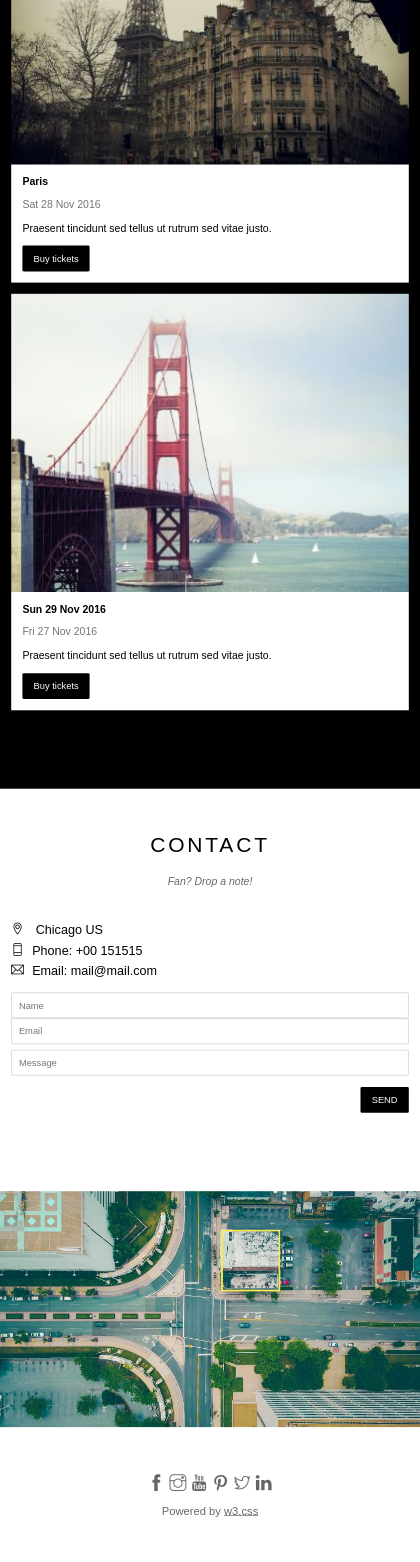
Repository: Phunobita/The-band-w3school
Page: index.html
The author's editor kept a copy of each file at every save. The page is drawn from the files as they stood at one save, then again after the next save.
The browser window is 600 px wide. The pictures show the part of the page from y = 3204 to 5444 px (the page is 5436 px tall before and 5444 px after), at 70% of full size.

Above is the page before, as saved 2021-12-04 20:30:16.

### index.html
<!DOCTYPE html>
<html lang="en">

<head>
    <meta charset="UTF-8">
    <meta http-equiv="X-UA-Compatible" content="IE=edge">
    <meta name="viewport" content="width=device-width, initial-scale=1.0">
    <title>The band</title>
    <link rel="stylesheet" href="./assets/fonts/themify-icons-font/themify-icons/themify-icons.css">
    <link rel="stylesheet" href="./assets/css/style.css">
    <link rel="stylesheet" href="./assets/css/responsive.css">
    <link rel="icon" href="/assets/img/hinh-anh-mua-thu-dep-nhat.jpg" type="image/x-icon" />
</head>

<body>
    <div id="main">
        <div id="header">
            <!--Begin nav-->
            <ul id="nav">
                <li><a href="#">Home</a></li>
                <li><a href="#band">Band</a></li>
                <li><a href="#tour">Tour</a></li>
                <li><a href="#contact">Contact</a></li>
                <li>
                    <a href="#">
                        More
                        <i class="nav-arrow-down ti-angle-down"></i>
                    </a>
                    <ul class="subnav">
                        <li><a href="#">Merchandise</a></li>
                        <li><a href="#">Extras</a></li>
                        <li><a href="#">Media</a></li>
                    </ul>
                </li>
            </ul>
            <!--End nav-->
            <div class="search-btn">
                <i class="search-icon ti-search"></i>
            </div>

            <div id="mobile-menu" class="mobile-menu-btn">
                <i class="menu-icon ti-menu-alt"></i>
            </div>
        </div>

        <div id="slider">
            <div class="text-content">
                <h2 class="heading">New York</h2>
                <div class="content">The atmosphere in New York is lorem ipsum</div>
            </div>
        </div>
        <!--About section-->
        <div id="content">
            <div id="band" class="content-section">
                <h2 class="section-heading">THE BAND</h2>
                <p class="section-sub-heading">We love music</p>
                <p class="about-text">We have created a fictional band website. Lorem ipsum dolor sit amet, consectetur
                    adipiscing elit, sed do eiusmod tempor incididunt ut labore et dolore magna aliqua. Ut enim ad minim
                    veniam, quis nostrud exercitation ullamco laboris nisi ut aliquip ex ea commodo consequat. Duis aute
                    irure dolor in reprehenderit in voluptate velit esse cillum dolore eu fugiat nulla pariatur.
                    Excepteur sint occaecat cupidatat non proident, sunt in culpa qui officia deserunt mollit anim id
                    est laborum consectetur adipiscing elit, sed do eiusmod tempor incididunt ut labore et dolore magna
                    aliqua. Ut enim ad minim veniam, quis nostrud exercitation ullamco laboris nisi ut aliquip ex ea
                    commodo consequat.</p>
                <div class=" row member-list">
                    <div class="col col-third s-full-width mt-32 text-center">
                        <p class="member-name">Name</p>
                        <img src="./assets/img/tv.jpg" alt="Name" class="member-img">
                    </div>
                    <div class="col col-third s-full-width mt-32 text-center">
                        <p class="member-name">Name</p>
                        <img src="./assets/img/tv.jpg" alt="Name" class="member-img">
                    </div>
                    <div class="col col-third s-full-width mt-32 text-center">
                        <p class="member-name">Name</p>
                        <img src="./assets/img/tv.jpg" alt="Name" class="member-img">
                    </div>
                </div>
            </div>

            <!--Tour section-->
            <div id="tour" class="tour__section">
                <div class="content-section">
                    <h2 class="section-heading text-white">TOUR DATES</h2>
                    <p class="section-sub-heading text-white">Remember to book your tickets!</p>

                    <ul class="ticket__list">
                        <li class="ticket__list-item">
                            September
                            <span class="sold-out">Sold out</span>
                        </li>
                        <li class="ticket__list-item">
                            October
                            <span class="sold-out">Sold out</span>
                        </li>
                        <li class="ticket__list-item">
                            November
                            <span class="quantity">3</span>
                        </li>
                    </ul>
                    <div class="row place__list">
                        <div class="mt-16 col col-third s-full-width">
                            <img src="./assets/img/newyork.jpg" alt="New York" class="place__img">
                            <div class="place-body">
                                <h3 class="place-heading">New York</h3>
                                <p class="place-time">Fri 27 Nov 2016</p>
                                <p class="place-description">Praesent tincidunt sed tellus ut rutrum sed vitae justo.
                                </p>
                                <button href="#" class="btn js-buy-ticket">Buy tickets</button>
                            </div>
                        </div>
                        <div class="mt-16 col col-third s-full-width">
                            <img src="./assets/img/paris.jpg" alt="New York" class="place__img">
                            <div class="place-body">
                                <h3 class="place-heading">Paris</h3>
                                <p class="place-time">Sat 28 Nov 2016</p>
                                <p class="place-description">Praesent tincidunt sed tellus ut rutrum sed vitae justo.
                                </p>
                                <button href="#" class="btn js-buy-ticket">Buy tickets</button>
                            </div>
                        </div>
                        <div class="mt-16 col col-third s-full-width">
                            <img src="./assets/img/sanfran.jpg" alt="New York" class="place__img">
                            <div class="place-body">
                                <h3 class="place-heading">Sun 29 Nov 2016</h3>
                                <p class="place-time">Fri 27 Nov 2016</p>
                                <p class="place-description">Praesent tincidunt sed tellus ut rutrum sed vitae justo.
                                </p>
                                <button href="#" class="btn js-buy-ticket">Buy tickets</button>
                            </div>
                        </div>
                    </div>
                </div>
            </div>
            <!--Contact section-->
            <div id="contact" class="content-section">
                <h2 class="section-heading">CONTACT</h2>
                <p class="section-sub-heading">Fan? Drop a note!</p>

                <div class="row  contact-content">
                    <div class="col col-half s-full-width contact-info">
                        <p><i class="contact-icon ti-location-pin"></i> Chicago US</p>
                        <p><i class="contact-icon ti-mobile"></i>Phone: +00 151515</p>
                        <p><i class="contact-icon ti-email"></i>Email: mail@mail.com</p>
                    </div>
                    <div class="col col-half s-full-width contact-form">
                        <form action="">
                            <div class="row">
                                <div class="col col-half s-full-width">
                                    <input type="text" name="" required id="" class="form-control" placeholder="Name">
                                </div>
                                <div class="col col-half s-full-width s-mt-8 ">
                                    <input type="email" name="" required id="" class="form-control" placeholder="Email">
                                </div>
                            </div>
                            <div class="row mt-8">
                                <div class="col col-full">
                                    <input type="" name="" required id="" class="form-control" placeholder="Message">
                                </div>
                            </div>
                            <input class="btn pull-right mt-16" type="submit" value="SEND">
                        </form>
                    </div>
                </div>
            </div>

            <div class="map-section">
                <img src="/assets/img/map (1).jpg" alt="">

            </div>

            <div id="footer">
                <div class="social-list">
                    <a href=""><i class="ti-facebook"></i></a>
                    <a href=""><i class="ti-instagram"></i></a>
                    <a href=""><i class="ti-youtube"></i></a>
                    <a href=""><i class="ti-pinterest"></i></a>
                    <a href=""><i class="ti-twitter"></i></a>
                    <a href=""><i class="ti-linkedin"></i></a>
                </div>
                <p class="copyright">Powered by <a href="">w3.css</a></p>
            </div>
        </div>

        <div class="modal js-modal">
            <div class="modal-container js-modal-container">
                <div class="modal-close js-modal-close">
                    <i class="ti-close"></i>
                </div>

                <header class="modal-header">
                    <i class="modal-heading-icon ti-bag"></i>
                    Tickets
                </header>

                <div class="modal-body">
                    <label for="ticket-quantity" class="modal-label">
                        <i class="ti-shopping-cart"></i>
                        Tickets, $15 per person
                    </label>
                    <input id="ticket-quantity" type="text" class="modal-input" placeholder="How many?">

                    <label for="ticket-email" class="modal-label">
                        <i class="ti-user"></i>
                        Send To
                    </label>
                    <input id="ticket-email" type="email" class="modal-input" placeholder="Enter email">
                    <button id="buy-ticket">
                        Pay <i class="ti-check"></i>
                    </button>
                </div>
                <footer class="modal-footer">
                    <p class="modal-help">Need <a href="">help?</a></p>
                </footer>
            </div>
        </div>
    </div>

    <script>
        const buyBtns = document.querySelectorAll('.js-buy-ticket')
        const modal = document.querySelector('.js-modal')
        const modalContainer = document.querySelector('.js-modal-container')
        const modalClose = document.querySelector('.js-modal-close')

        function showBuyTickets() {
            modal.classList.add('open')
        }

        function hideBuyTickets() {
            modal.classList.remove('open')
        }

        for (const buyBtn of buyBtns) {
            buyBtn.addEventListener('click', showBuyTickets)
        }

        modalClose.addEventListener('click', hideBuyTickets)
        modal.addEventListener('click', hideBuyTickets)
        modalContainer.addEventListener('click', function (event) {
            event.stopPropagation()
        }
        )
    </script>

    <script>
        var header = document.getElementById('header');
        var mobileMenu = document.getElementById('mobile-menu');
        var headerHeight = header.clientHeight;

        mobileMenu.onclick = function () {
            var isClose = header.clientHeight === headerHeight;
            if (isClose) {
                header.style.height = 'auto';
            }
            else {
                header.style.height = null;
            }
        }

        //
        var menuItems = document.querySelectorAll('#nav li a[href*="#"]');
        for (var i = 0; i < menuItems.length; i++) {
            var menuItem = menuItems[i];
            var isParentMenu = menuItem.nextElementSibling && menuItem.nextElementSibling.classList.contains('subnav')

            menuItem.onclick = function (event) {
                var isParentMenu = this.nextElementSibling && this.nextElementSibling.classList.contains('subnav')
                if (!isParentMenu) {
                    header.style.height = null;
                }
                else {
                    event.preventDefault();
                }
            }
        }
    </script>
</body>

</html>

### assets/css/style.css
* {
  padding: 0;
  margin: 0;
  box-sizing: border-box;
}
html {
  scroll-behavior: smooth;
  font-family: Arial, Helvetica, sans-serif;
}
/*
1.vi tri
2. kich thuoc
3.Mau sac
4. Hinh dang
*/
.clear {
  clear: both;
}

.text-white {
  color: #fff !important;
}

.text-center {
  text-align: center !important;
}

.pull-right {
  float: right;
}
.row {
  margin-left: -8px;
  margin-right: -8px;
}
.row::after {
  content: "";
  display: block;
  clear: both;
}

.col {
  float: left;
  padding-left: 8px;
  padding-right: 8px;
}

.col-full {
  width: 100%;
}

.col-half {
  width: 50%;
}
.col-third {
  width: 33.3333%;
}

.mt-8 {
  margin-top: 8px !important;
}

.mt-16 {
  margin-top: 16px !important;
}

.mt-32 {
  margin-top: 32px;
}

.btn {
  display: inline-block;
  background-color: black;
  border: none;
  color: #fff;
  text-decoration: none;
  padding: 11px 16px;
  margin-top: 15px;
  border-radius: 2px;
  cursor: pointer;
}
.btn:hover {
  color: #000;
  background-color: #ccc;
}
#main {
}
#header {
  height: 46px;
  background-color: black;
  position: fixed;
  top: 0;
  left: 0;
  right: 0;
  z-index: 1;
}
#nav {
  display: inline-block;
}
#nav,
.subnav {
  list-style-type: none;
}
#nav > li > a {
  color: #fff;
  text-transform: uppercase;
}
#nav li a {
  text-decoration: none;
  line-height: 46px;
  padding: 0 24px;
  display: block;
}
#nav > li:hover > a,
#nav .subnav li:hover a {
  color: black;
  background-color: #ccc;
}
#nav li:hover .subnav {
  display: block;
}
#nav > li {
  display: inline-block;
  position: relative;
}
#nav .nav-arrow-down {
  font-size: 14px;
}
#nav .subnav {
  display: none;
  min-width: 160px;
  position: absolute;
  top: 100%;
  background-color: white;
  box-shadow: 0 0 10px rgba(0, 0, 0, 0.3);
}
#nav .subnav a {
  color: black;
  padding: 0 12px;
  line-height: 38px;
}

#header .mobile-menu-btn {
  position: absolute;
  top: 0;
  right: 0;
  display: none;
}

#header .mobile-menu-btn,
#header .search-btn {
  float: right;
  padding: 0 21px;
}
#header .search-btn:hover {
  background-color: #f44336;
  cursor: pointer;
}
#header .mobile-menu-btn:hover {
  background-color: #ccc;
}
#header .mobile-menu-btn:hover .menu-icon {
  color: #000;
}
.menu-icon,
#header .search-icon {
  color: #fff;
  font-size: 20px;
  line-height: 46px;
}
#header .search-btn:hover {
  background-color: #f44336;
}
#slider {
  margin-top: 46px;
  padding-top: 50%;
  position: relative;
  background: url("/assets/img/slider1.jpg") top center / cover no-repeat;
}

#slider .text-content {
  position: absolute;
  bottom: 47px;
  color: white;
  width: 100%;
  text-align: center;
}
#silder .heading {
  font-weight: 500px;
  font-size: 24px;
}
#slider .content {
  font-size: 15px;
  margin-top: 25px;
}
#content {
}
#content .content-section {
  padding: 64px 0 112px;
  width: 800px;
  max-width: 100%;
  margin-left: auto;
  margin-right: auto;
  padding-left: 16px;
  padding-right: 16px;
}
#content .section-heading {
  font-size: 30px;
  font-weight: 500;
  text-align: center;
  letter-spacing: 4px;
}
#content .section-sub-heading {
  font-size: 15px;
  text-align: center;
  margin-top: 25px;
  font-style: italic;
  opacity: 0.6;
}
#content .about-text {
  margin-top: 25px;
  text-align: justify;
  line-height: 1.4;
  font-size: 15px;
}

#content .member-list {
  margin-top: 32px;
}
#content .member-name {
  font-size: 15px;
  margin-bottom: 15px;
}
#content .member-img {
  width: 154px;
  border-radius: 4px;
}

/* Tour section */
.tour__section {
  background-color: #000;
}

.ticket__list {
  background-color: #fff;
  margin-top: 40px;
  list-style: none;
}
.ticket__list-item {
  color: #757575;
  font-size: 15px;
  padding: 11px 16px;
  border-bottom: 1px solid #ddd;
}
.ticket__list .sold-out {
  color: #fff;
  background-color: #f44336;
  padding: 3px 4px;
  margin-left: 16px;
}
.ticket__list .quantity {
  float: right;
  width: 24px;
  height: 24px;
  background-color: #000;
  color: #fff;
  border-radius: 50%;
  text-align: center;
  line-height: 24px;
  margin-top: -3px;
}

/*  Place body*/
.place__list {
  margin-top: 16px;
}

.place__img {
  width: 100%;
  display: block;
}
.place__img:hover {
  opacity: 0.7;
}
.place-body {
  background-color: #fff;
  padding: 16px;
  font-size: 15px;
}
.place-heading {
  font-size: 15px;
  font-weight: 600;
}
.place-time {
  margin-top: 15px;
  color: #757575;
}
.place-description {
  margin-top: 15px;
  line-height: 1.4;
}

/* Modal */
.modal {
  position: fixed;
  top: 0;
  left: 0;
  bottom: 0;
  right: 0;
  background-color: rgba(0, 0, 0, 0.4);
  align-items: center;
  justify-content: center;
  display: none;
}
.modal.open {
  display: flex;
}
.modal-container {
  background-color: #fff;
  width: 900px;
  max-width: calc(100% - 32px);
  min-height: 200px;
  position: relative;
  animation: modalFadeIn ease 0.5s;
}
.modal-header {
  background-color: #009688;
  height: 130px;
  display: flex;
  align-items: center;
  justify-content: center;
  font-size: 30px;
  color: #fff;
}
.modal-heading-icon {
  margin-right: 16px;
}
.modal-close {
  position: absolute;
  right: 0;
  top: 0;
  padding: 16px;
  cursor: pointer;
  color: #fff;
}
.modal-close:hover {
  background-color: #ccc;
}
.modal-body {
  padding: 16px;
}

.modal-label {
  display: block;
  font-size: 15px;
  margin-bottom: 12px;
}

.modal-input {
  border: 1px solid #ccc;
  font-size: 15px;
  width: 100%;
  padding: 10px;
  margin-bottom: 24px;
}
#buy-ticket {
  background-color: #009688;
  border: none;
  width: 100%;
  padding: 18px;
  font-size: 15px;
  color: #fff;
  text-transform: uppercase;
  font-weight: 700;
  cursor: pointer;
}
#buy-ticket:hover {
  opacity: 0.8;
}

.modal-footer {
  padding: 16px;
  text-align: right;
}
.modal-help a {
  color: #2196f3;
}

/* Contact form */
.contact-content {
  margin-top: 48px;
}

.contact-info {
  font-size: 18px;
  line-height: 1.6;
}

.contact-icon {
  display: inline-block;
  width: 30px;
}

.contact-form {
  font-size: 15px;
}

.contact-form .form-control {
  padding: 10px;
  border: 1px solid #ccc;
  width: 100%;
  outline: border 1px solid;
}
.contact-form input {
  border-radius: 2px;
}
/* map section */
.map-section img {
  width: 100%;
}

#footer {
  padding: 64px 16px;
  text-align: center;
}

#footer .social-list {
  font-size: 24px;
}
#footer .social-list a {
  color: rgba(0, 0, 0, 0.6);
  text-decoration: none;
}
#footer .copyright a:hover,
#footer .social-list a :hover {
  color: rgba(0, 0, 0, 0.4);
}

#footer .copyright {
  margin-top: 15px;
  color: rgba(0, 0, 0, 0.6);
}
#footer .copyright a {
  color: rgba(0, 0, 0, 0.6);
}
@keyframes modalFadeIn {
  from {
    opacity: 0;
    transform: translateY(-150px);
  }
  to {
    opacity: 1;
    transform: translateY(0);
  }
}

### assets/css/responsive.css
@media (max-width: 1024px) {
}

@media (min-width: 740px) and (max-width: 1023px) {
}

@media (max-width: 740px) {
  .s-full-width {
    width: 100%;
  }
  #header {
    overflow: hidden;
  }
  #header .mobile-menu-btn {
    display: block;
  }
  #header .search-btn {
    display: none;
  }

  #nav > li {
    display: block;
  }
  #nav li a {
    padding: 2px 24px;
  }
  #nav {
    display: block;
  }
  #nav > li:first-child {
    display: inline-block;
  }

  #nav .subnav {
    position: initial;
    background-color: #333;
  }
  #nav .subnav a {
    color: #fff;
    padding: 5px 41px;
  }

  #content .member-img {
    width: 60%;
  }

  .contact-form {
    margin-top: 16px;
  }
}

Loaded but not shown: assets/fonts/themify-icons-font/themify-icons/themify-icons.css (common file)

After the next save:
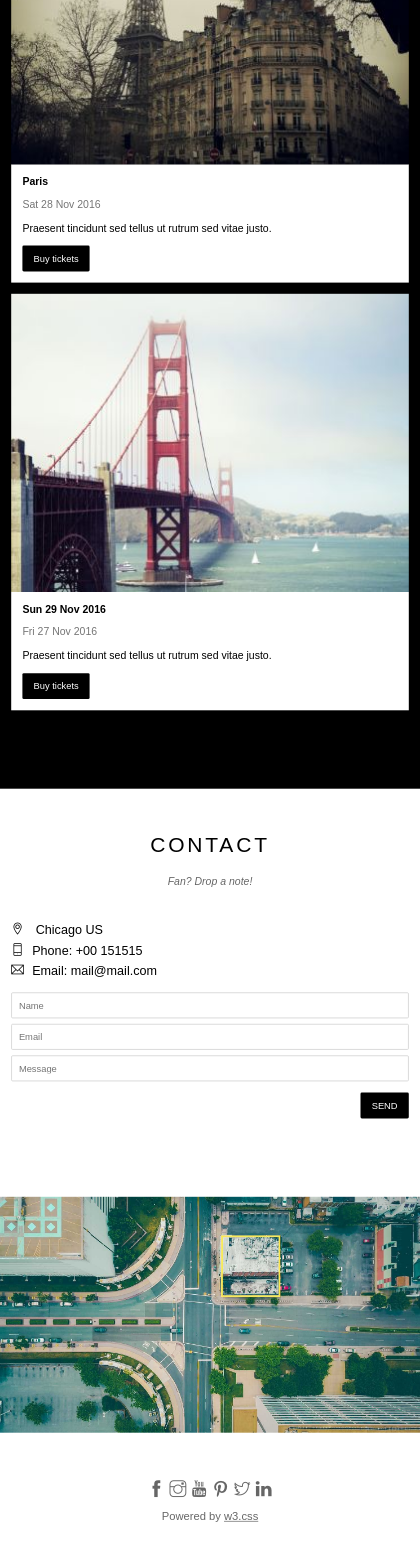
Saved 18 s later.
--- a/assets/css/responsive.css
+++ b/assets/css/responsive.css
@@ -7,6 +7,10 @@
 @media (max-width: 740px) {
   .s-full-width {
     width: 100%;
+  }
+
+  .s-mt-8 {
+    margin-top: 8px;
   }
   #header {
     overflow: hidden;
